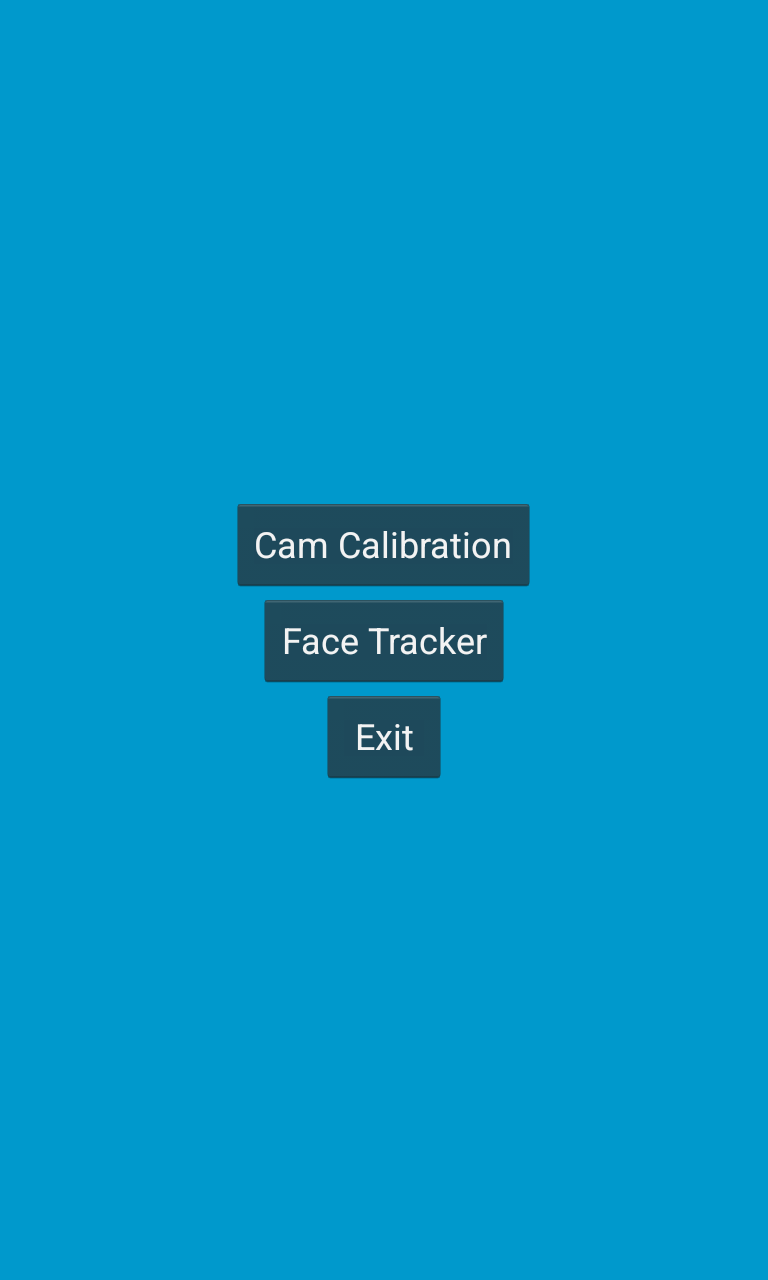
Repository: anuragawasthi89/AndroidImageProcessing
Layout: CVProcessor/res/layout/activity_main_window.xml
These files come from the project's save history. The layout is drawn as it stood at one moment and after the next save; the edit follows.
It is drawn on a 768 x 1280 px phone screen (xhdpi) without system bars, with theme FullscreenTheme; the app's code is not run.

Above is the layout before, as saved 2014-02-07 20:39:11.

After the next save:
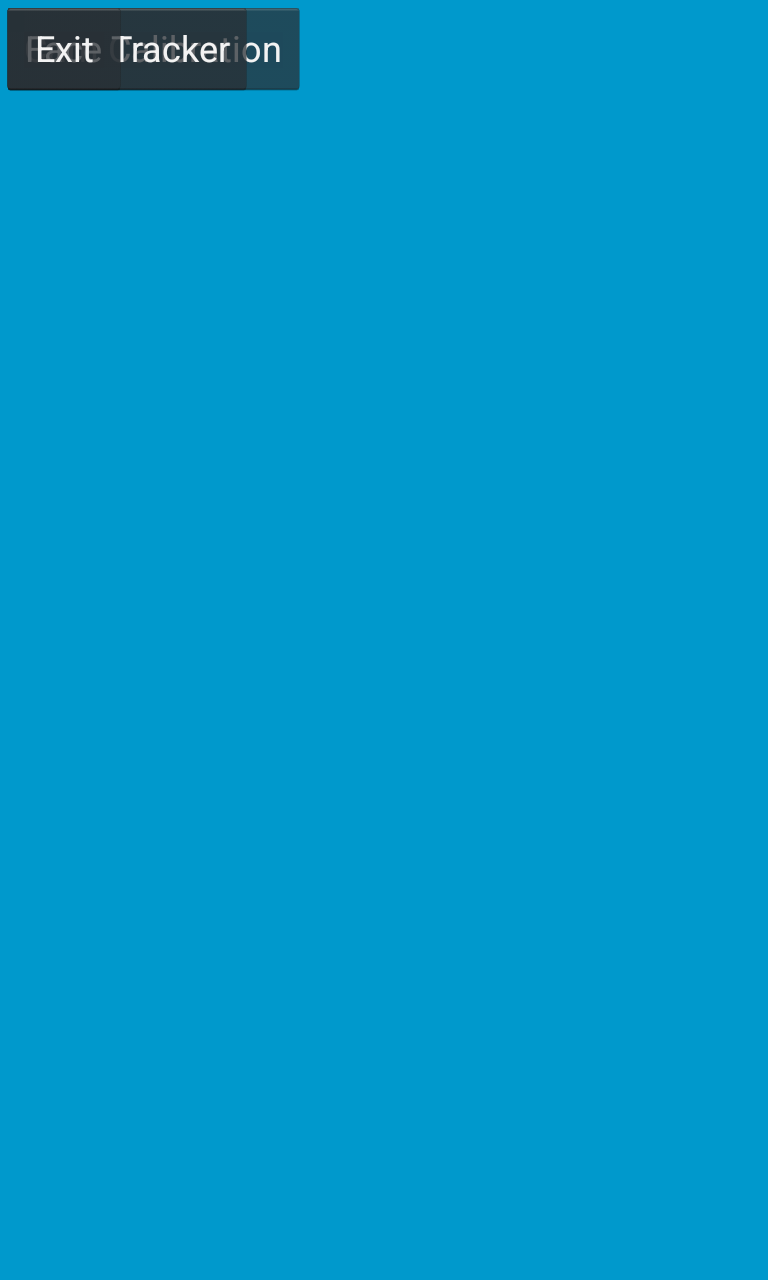
Saved 35 s later.
--- a/CVProcessor/res/layout/activity_main_window.xml
+++ b/CVProcessor/res/layout/activity_main_window.xml
@@ -10,14 +10,6 @@
          is needed to present your content, e.g. VideoView, SurfaceView,
          TextureView, etc.
     -->
-
-    <LinearLayout
-        android:id="@+id/fullscreen_content"
-        android:layout_width="match_parent"
-        android:layout_height="match_parent"
-        android:gravity="center"
-        android:keepScreenOn="true"
-        android:orientation="vertical">
 
 		<Button
 		   android:id="@+id/view_camera_calibration_button"
@@ -37,6 +29,4 @@
 		   android:layout_height="wrap_content"
 		   android:text="@string/exit_button" />
 
-        </LinearLayout>
-
 </FrameLayout>

After the save that followed:
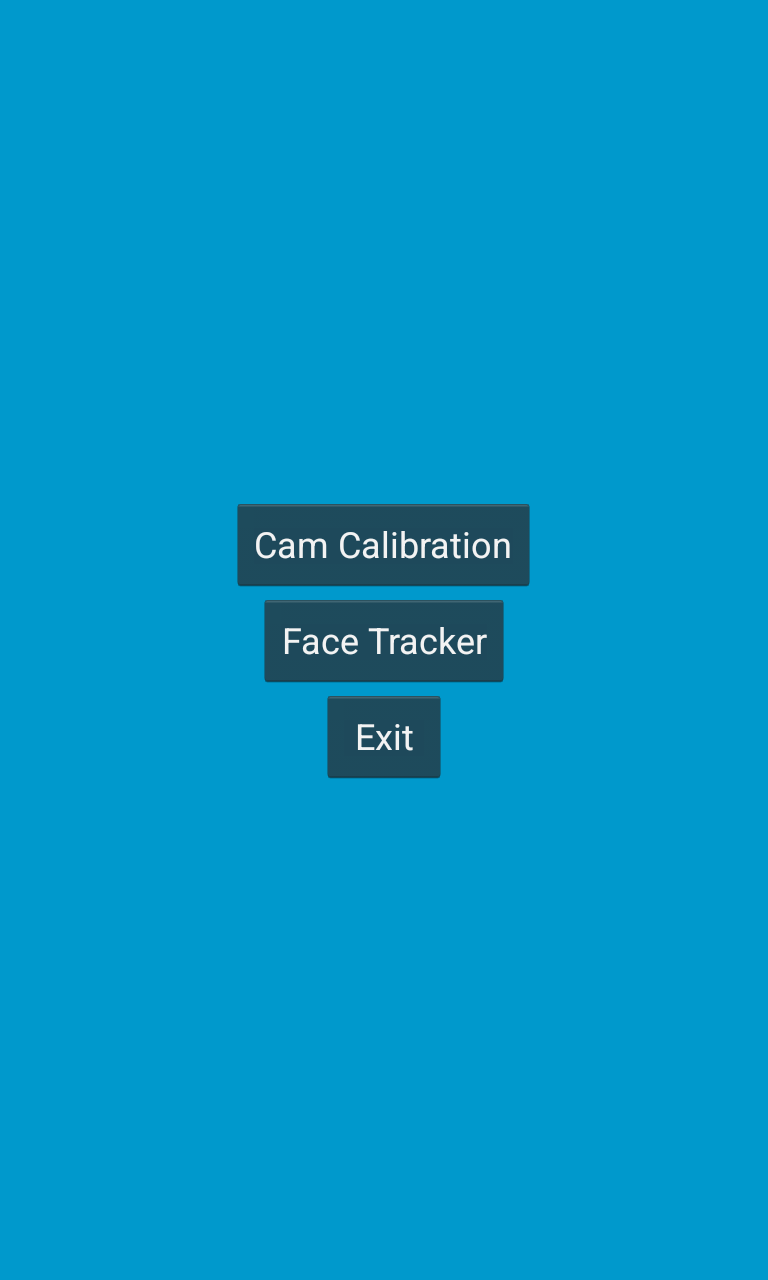
Saved 62 s later.
--- a/CVProcessor/res/layout/activity_main_window.xml
+++ b/CVProcessor/res/layout/activity_main_window.xml
@@ -10,6 +10,14 @@
          is needed to present your content, e.g. VideoView, SurfaceView,
          TextureView, etc.
     -->
+
+    <LinearLayout
+        android:id="@+id/fullscreen_content"
+        android:layout_width="match_parent"
+        android:layout_height="match_parent"
+        android:gravity="center"
+        android:keepScreenOn="true"
+        android:orientation="vertical">
 
 		<Button
 		   android:id="@+id/view_camera_calibration_button"
@@ -29,4 +37,6 @@
 		   android:layout_height="wrap_content"
 		   android:text="@string/exit_button" />
 
+        </LinearLayout>
+
 </FrameLayout>
